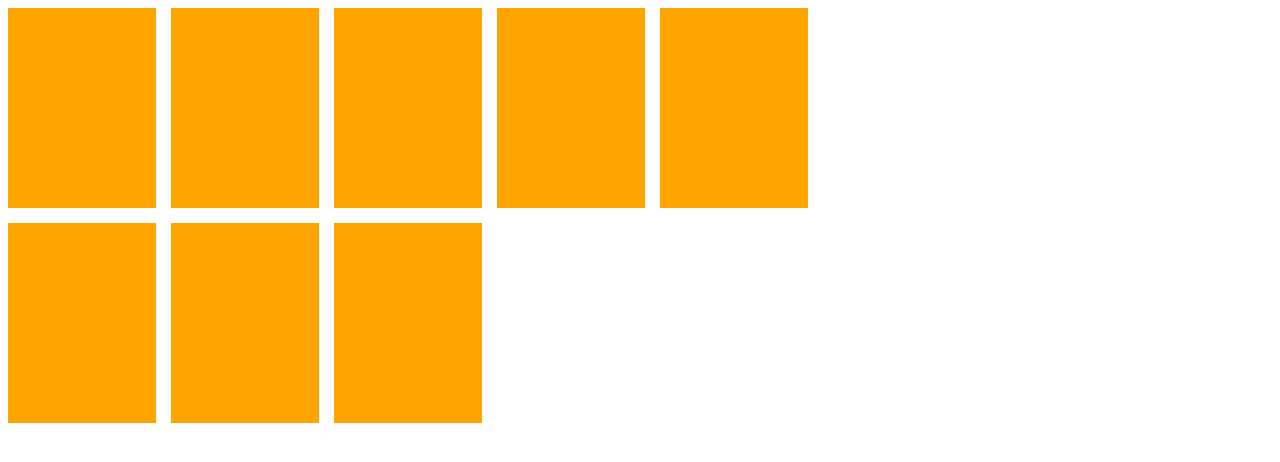
Repository: pettinelli1202/Diablo-MemoryGame
Page: pages/game.html
An editor plug-in stored every save of this project. The page is shown before and after the next save, followed by the edit.
The browser window is 1280 px wide. The pictures show the whole page.

Above is the page before, as saved 2023-02-21 17:36:49.
Console error: TypeError: Cannot read properties of null (reading 'addEventListener')

After the next save:
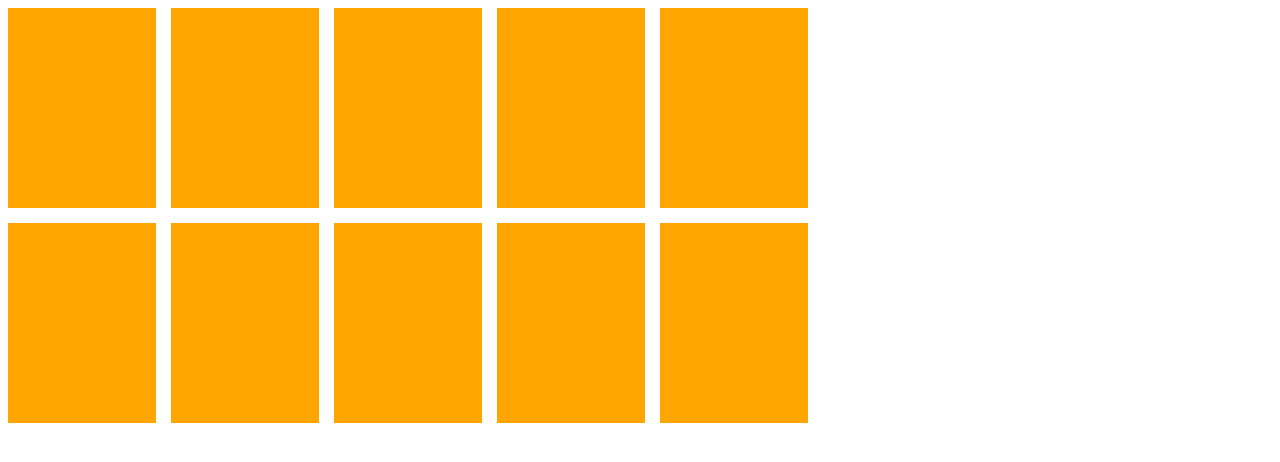
Saved 7 s later.
--- a/pages/game.html
+++ b/pages/game.html
@@ -24,7 +24,8 @@
         <div class="card"></div>
         <div class="card"></div>
         <div class="card"></div>
-
+        <div class="card"></div>
+        <div class="card"></div>
     </div>
 </body>
 
